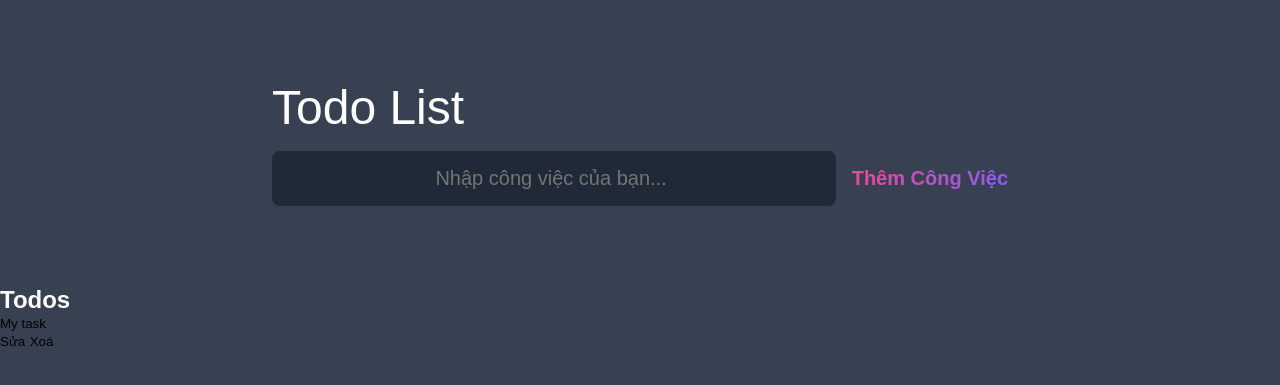
Repository: ntheanh/Todo-List
Page: index.html
The author's editor kept a copy of each file at every save. The page is drawn from the files as they stood at one save, then again after the next save.
The browser window is 1280 px wide. The pictures show the whole page.
The style sheet was rebuilt from its Sass, Less or Tailwind sources for each picture, by a compiler version that may differ from the author's.

Above is the page before, as saved 2023-03-15 22:28:32.

After the next save:
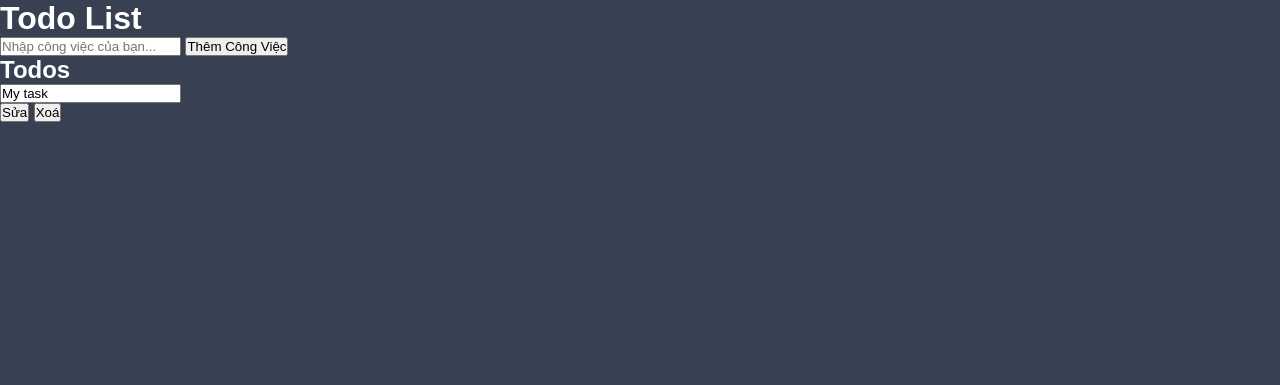
Saved 3 min 22 s later.
--- a/style.scss
+++ b/style.scss
@@ -22,54 +22,3 @@ body {
   background: var(--dark);
   color: #fff;
 }
-
-header {
-  padding: 5rem 2rem;
-  width: 100%;
-  max-width: 800px;
-  margin: 0 auto;
-  h1 {
-    font-size: 3rem;
-    font-weight: 500;
-    margin-bottom: 1rem;
-  }
-}
-
-#new-todo-form {
-  display: flex;
-}
-input,
-button {
-  appearance: none;
-  border: none;
-  outline: none;
-  background: none;
-}
-#new-todo-input {
-  flex: 1 1 0%;
-  background: var(--darker);
-  padding: 1rem;
-  border-radius: 0.5rem;
-  margin-right: 1rem;
-  color: var(--light);
-  text-align: center;
-  font-size: 1.25rem;
-}
-
-#new-todo-submit {
-  font-size: 1.25rem;
-  font-weight: 700;
-  color: var(--pink);
-  background: linear-gradient(to right, var(--pink), var(--purple));
-
-  -webkit-background-clip: text;
-  -webkit-text-fill-color: transparent;
-  cursor: pointer;
-  transition: 0.4s;
-  &:hover {
-    opacity: 0.7;
-  }
-  &:active {
-    opacity: 0.6;
-  }
-}
